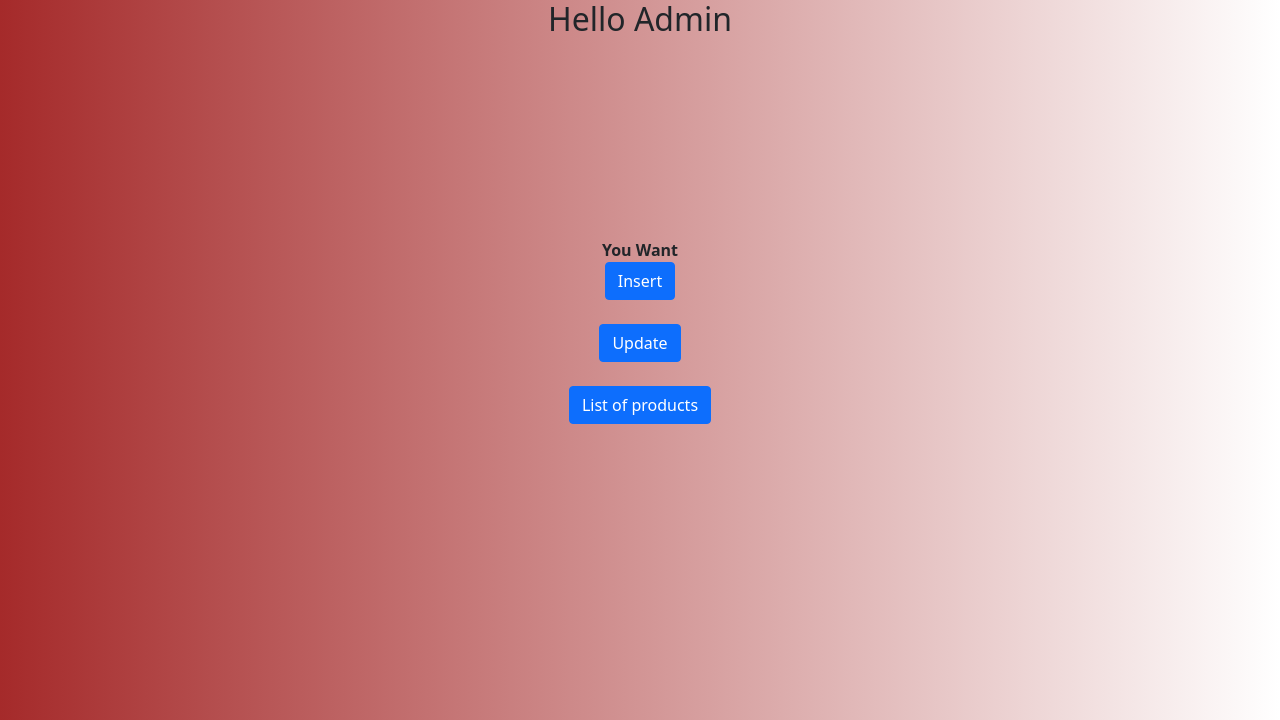
Repository: selvakumar46/Project-Maven
Page: http://localhost/ProjectKFC/AdminPage.jsp
An editor plug-in stored every save of this project. The page is shown before and after the next save, followed by the edit.
The browser window is 1280 px wide. The pictures show the whole page.
The page is served by Tomcat 9. Nobody is signed in. The application's start-up code is not run. Other server files are loaded and not shown.

Above is the page before, as saved 2022-01-12 05:14:19.

### ProjectKFC/src/main/webapp/AdminPage.jsp
<%@ page language="java" contentType="text/html; charset=ISO-8859-1"
    pageEncoding="ISO-8859-1"%>
<!DOCTYPE html>
<html>
<head>
<meta charset="ISO-8859-1">
<title>Admin KFC</title>
<link href="https://cdn.jsdelivr.net/npm/bootstrap@5.1.3/dist/css/bootstrap.min.css" rel="stylesheet">
  <script src="https://cdn.jsdelivr.net/npm/bootstrap@5.1.3/dist/js/bootstrap.bundle.min.js"></script>
<style >
body {
	background:linear-gradient(to right,brown,white);
}
.container{
	margin-top:200px;
	}
</style>
</head>
<body>
	<center>
	<h2>Hello Admin</h2>
		<div class="container">
		<b>You Want</b>
		<form action="Insert.jsp">
			<button type="submit" class="btn btn-primary">Insert</button>
		</form><br>
		<form action="Update.jsp">
			<button type="submit" class="btn btn-primary">Update</button>
		</form><br>
		<form action="ShowProductsAdmin.jsp">
			<button type="submit" class="btn btn-primary">List of products</button>
		</form><br>
		</div>
	</center>
</body>
</html>

After the next save:
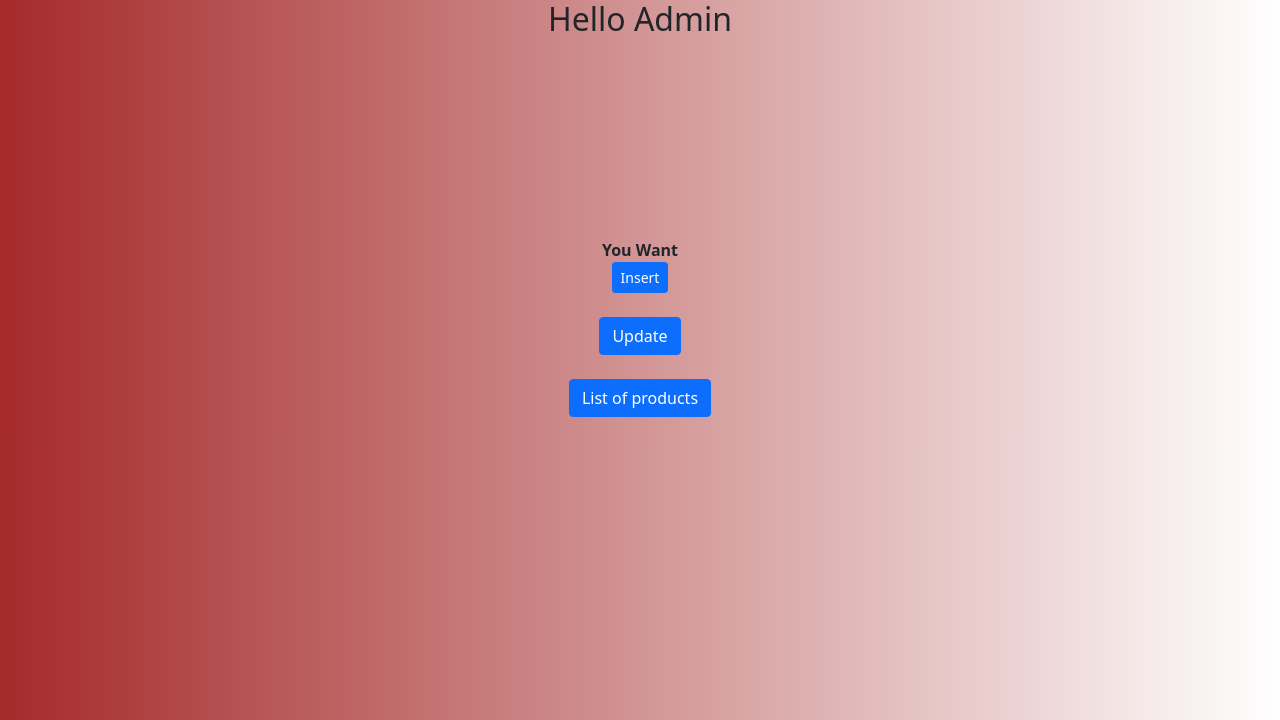
Saved 21 s later.
--- a/ProjectKFC/src/main/webapp/AdminPage.jsp
+++ b/ProjectKFC/src/main/webapp/AdminPage.jsp
@@ -22,7 +22,7 @@ body {
 		<div class="container">
 		<b>You Want</b>
 		<form action="Insert.jsp">
-			<button type="submit" class="btn btn-primary">Insert</button>
+			<button type="submit" class="btn btn-primary btn-sm">Insert</button>
 		</form><br>
 		<form action="Update.jsp">
 			<button type="submit" class="btn btn-primary">Update</button>
